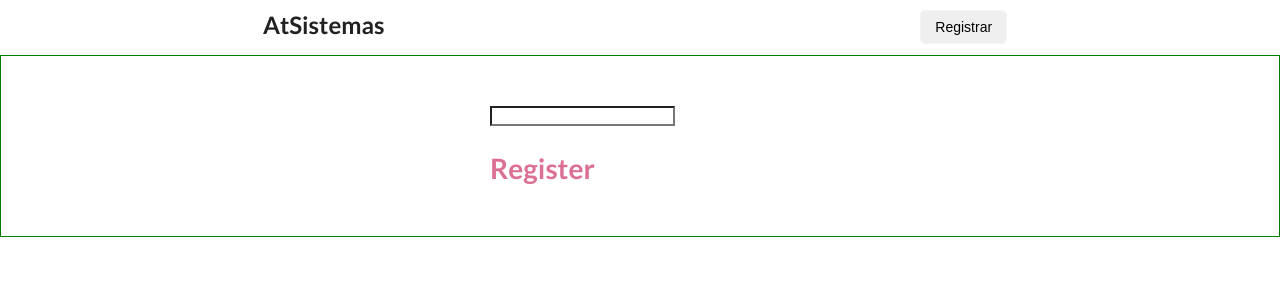
Repository: banchiec/atsistemas
Page: /site/register-site
An editor plug-in stored every save of this project. The page is shown before and after the next save, followed by the edit.
The browser window is 1280 px wide. The pictures show the whole page.
The project was rebuilt for these pictures with package versions that can differ from the ones it lists, and the page was loaded fresh each time. Also part of the build but not shown: src/components/SiteCard/SiteCard.js, src/redux/actions/sitesActions.js, src/screens/SiteScreen/SiteScreen.js, src/screens/SiteDetailsScreen/SiteDetailsScreen.js.

Above is the page before, as saved 2022-08-16 14:01:39.

### src/index.js
import React from "react";
import ReactDOM from "react-dom";
import App from "./App";
import store from "./redux/store";
import { Provider } from "react-redux";

ReactDOM.render(
  <React.StrictMode>
    <Provider store={store}>
      <App />
    </Provider>
  </React.StrictMode>,
  document.getElementById("root")
);

### src/App.js
import React from "react";
import { BrowserRouter as Router, Switch, Route } from "react-router-dom";
import SiteScreen from "./screens/SiteScreen/SiteScreen";
import SiteDetailsScreen from './screens/SiteDetailsScreen/SiteDetailsScreen'
import Header from "./components/Header/Header";
import "./App.css";
import RegisterSiteScreen from "./screens/RegisterSiteScreen/RegisterSiteScreen";

function App() {
  return (
    <div className="App">
      <Header/>
      <Router>
        <Switch>
          <Route path="/" exact component={SiteScreen} />
          <Route path="/site/register-site" exact component={RegisterSiteScreen} />
          <Route path="/site/:siteId" exact component={SiteDetailsScreen} />
          <Route>404 Not Found!</Route>
        </Switch>
      </Router>
    </div>
  );
}

export default App;

### src/components/Header/Header.js
import {ContainerHeader} from './headerStyled'

const Header = () => {
  function handleClick(){
    console.log("Object");
  }
	return(
    <ContainerHeader>
      <div>
        <h2>AtSistemas</h2>
      </div>
      <div>
        <button onClick={handleClick}>Registrar</button>
      </div>
    </ContainerHeader>
	)
}
export default Header

### src/App.css
* {
  font-family: "Roboto", sans-serif;
  padding: 0;
  margin: 0;
}

.ui.cards > .card > .image {
  height: 250px;
  padding: 20px;
  background: #fff;
  margin: auto;
}
.ui.cards > .card > .image > img {
  height: 100%;
  max-width: 100%;
  width: auto;
}
.ui.cards > .card > .content > .header {
  height: 48px;
  overflow: hidden;
  margin-bottom: 5px;
}
.ui.cards > .card > .content > .list{
  height: 36px;
  margin-bottom: 0px;
  overflow: hidden;
}
.ui.cards > .card .meta.name{
  margin-bottom: 5px;
  font-size: 18px;
  color: #333;
  font-weight: 600;
}

.ui.cards > .card .meta.name> a {
  font-size: 1.3rem;
  color: #222;
}

.ui.menu.fixed {
  height: 60px;
  padding-top: 15px;
}

.ui.grid.container {
  margin-top: 200px;
}

.ui.grid > .row {
  background: #fff;
}
.ui.grid > .row > .column.lp {
  padding: 20px 40px 20px 20px;
  align-self: flex-start !important;
}
.ui.grid > .row > .column.rp {
  padding: 20px 20px 20px 40px;
  text-align: left;
  align-self: flex-start !important;
}

.ui.grid > .row > .column > img,
.ui.grid > .row > img {
  height: 100%;
}
.ui.placeholder .header:not(:first-child):before,
.ui.placeholder .image:not(:first-child):before,
.ui.placeholder .paragraph:not(:first-child):before {
  display: none;
}

.ui.label,
.ui.labels .label {
  font-size: 22px;
}

.column.rp h1 {
  color: #333;
}
.column.rp p {
  font-size: 18px;
  color: #777;
}
.ui.placeholder.segment .column .button,
.ui.placeholder.segment .column .field,
.ui.placeholder.segment .column textarea,
.ui.placeholder.segment .column > .ui.input {
  background-color: #ff3e6c;
  border: 1px solid #ff3e6c;
  color: #fff;
  font-size: 18px;
  margin-left: 0;
}

### src/screens/RegisterSiteScreen/RegisterSiteScreen.js
import { ContainerRegisterSiteScreen, FormControl } from "./registerSiteScreenStyled"

const RegisterSiteScreen = () => {

	const handleSubmit = () => {
		console.log("object");
	}
	return(
		<ContainerRegisterSiteScreen>
			<FormControl>
				<form onSubmit={handleSubmit}>
					<input type="text" />
				</form>
				<h1>Register</h1>
			</FormControl>
		</ContainerRegisterSiteScreen>
	)
}
export default RegisterSiteScreen

### src/redux/reducers/index.js
import { combineReducers } from "redux";
import { sitesReducer, selectedSiteReducer } from "./sitesReducer";
const reducers = combineReducers({
  allSites: sitesReducer,
  site: selectedSiteReducer,
});
export default reducers;

### src/components/Header/headerStyled.js
import styled from 'styled-components'

const ContainerHeader = styled.div`
	display: flex;
	flex-direction: row;
	border-bottom: 1px solid whitesmoke;
	justify-content: space-around;
	div {
		padding: 10px;
		button{
			border-radius: 5px;
			padding: 8px 14px 8px 14px;
			border: 1px solid whitesmoke;
			margin: 0px 10px 0px 10px;
			:hover {
				background: black ;
				color: white;
				transition: 1s ease-out;
			}
		}
	}
`
export {
	ContainerHeader
}

### src/screens/RegisterSiteScreen/registerSiteScreenStyled.js
import styled from "styled-components";

export const ContainerRegisterSiteScreen = styled.div`
	display: flex;
	flex-direction: row;
	justify-content: center;
	border: 1px solid green;
`
export const FormControl = styled.div`
	color: palevioletred;
	display: block;
	width: 300px;
	margin: 50px auto;
`

### src/redux/reducers/sitesReducer.js
import { ActionTypes } from "../constants/action-types";
const intialState = {
  sites: [],
};

export const sitesReducer = (state = intialState, { type, payload }) => {
  switch (type) {
    case ActionTypes.SET_SITES:
      return {
        ...state,
        sites: payload
      };
    default:
      return state;
  }
};

export const selectedSiteReducer = (state = {}, { type, payload }) => {
  switch (type) {
    case ActionTypes.SELECTED_SITE:
      return {
        ...state,
        ...payload
      };
    case ActionTypes.REMOVE_SELECTED_SITE:
      return {};
    default:
      return state;
  }
};

### src/redux/constants/action-types.js
export const ActionTypes = {
  FETCH_SITES: 'FETCH_SITES',
  SET_SITES: "SET_SITES",
  SELECTED_SITE: "SELECTED_SITE",
  REMOVE_SELECTED_SITE: "REMOVE_SELECTED_SITE",
};

Loaded but not shown: public/index.html (common file); src/redux/store.js (common file)

After the next save:
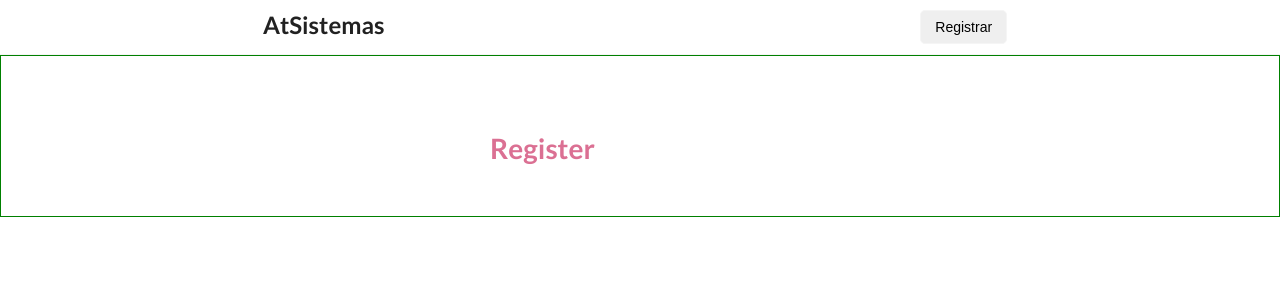
Saved 5 s later.
--- a/src/screens/RegisterSiteScreen/RegisterSiteScreen.js
+++ b/src/screens/RegisterSiteScreen/RegisterSiteScreen.js
@@ -9,7 +9,6 @@ const RegisterSiteScreen = () => {
 		<ContainerRegisterSiteScreen>
 			<FormControl>
 				<form onSubmit={handleSubmit}>
-					<input type="text" />
 				</form>
 				<h1>Register</h1>
 			</FormControl>
